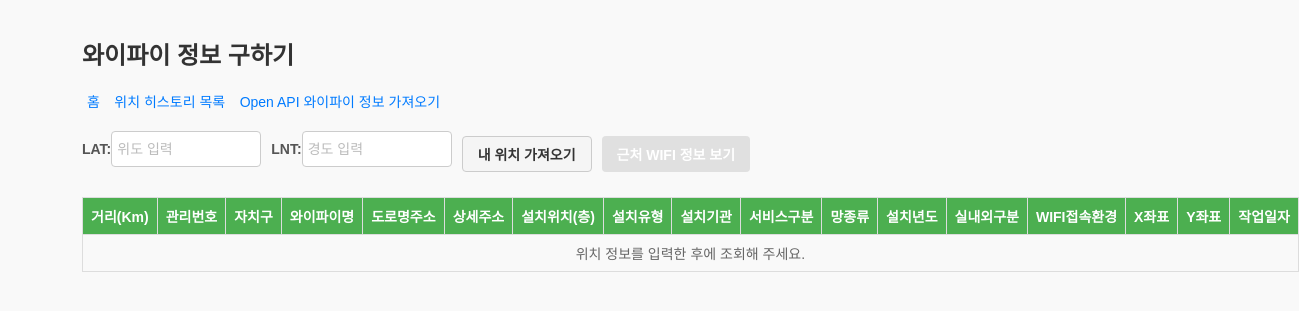
Repository: sangpyolee0/zerobase_task
Page: http://localhost/WifiProject/
An editor plug-in stored every save of this project. The page is shown before and after the next save, followed by the edit.
The browser window is 1280 px wide. The page is 1299 px wide, so the pictures cover 1299 px, including what lies to the right of the window. The pictures show the whole page.
The page is served by Tomcat 9.

Above is the page before, as saved 2024-12-08 16:39:34.

After the next save:
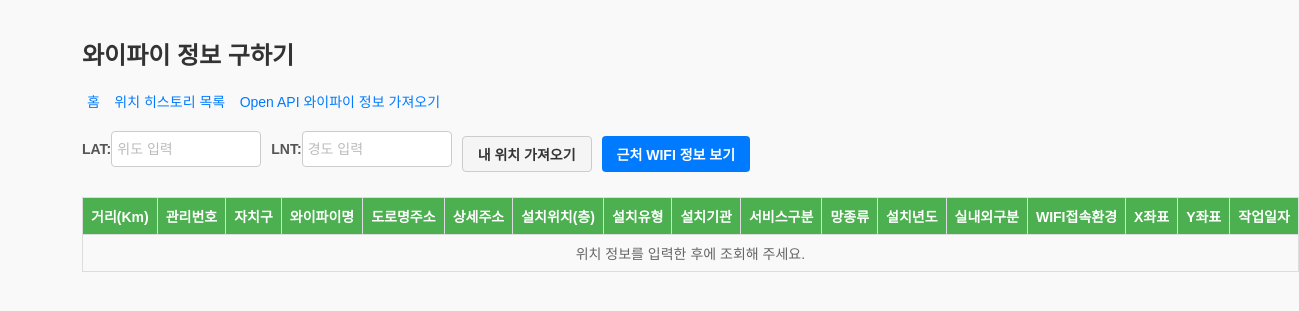
Saved 42 s later.
--- a/WifiProject/src/main/webapp/css/index.css
+++ b/WifiProject/src/main/webapp/css/index.css
@@ -88,7 +88,7 @@ form button:hover {
 
 
 form button:last-of-type {
-    background-color: #e0e0e0; /* 마지막 버튼은 파란색 */
+    background-color: #007BFF; /* 마지막 버튼은 파란색 */
     color: #fff;
     border: none;
 }
